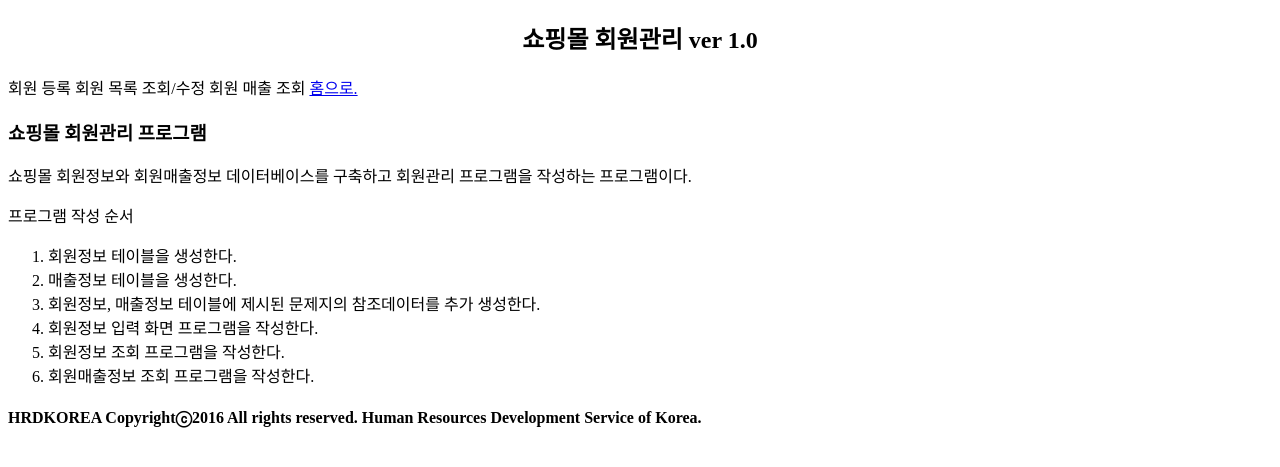
Repository: brightjy/Today-what-I-practiced
Page: http://localhost/HRD_900108/main/main.jsp
The author's editor kept a copy of each file at every save. The page is drawn from the files as they stood at one save, then again after the next save.
The browser window is 1280 px wide. The pictures show the whole page.
The page is served by Tomcat 9.

Above is the page before, as saved 2020-05-09 11:34:14.

After the next save:
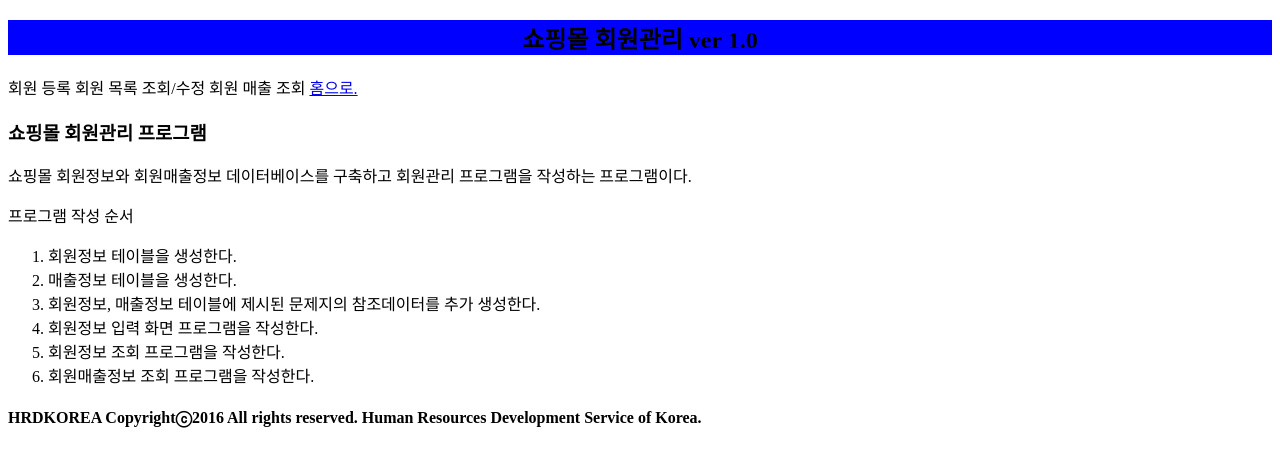
Saved 34 s later.
--- a/hrdkorea_0509/HRD_900108/WebContent/main/header.jsp
+++ b/hrdkorea_0509/HRD_900108/WebContent/main/header.jsp
@@ -6,7 +6,10 @@
 <meta charset="UTF-8">
 <title>Insert title here</title>
 <style>
-	h2{
+	header {
+		background-color:blue;
+	}
+	header h2{
 		text-align:center;
 	}
 </style>
